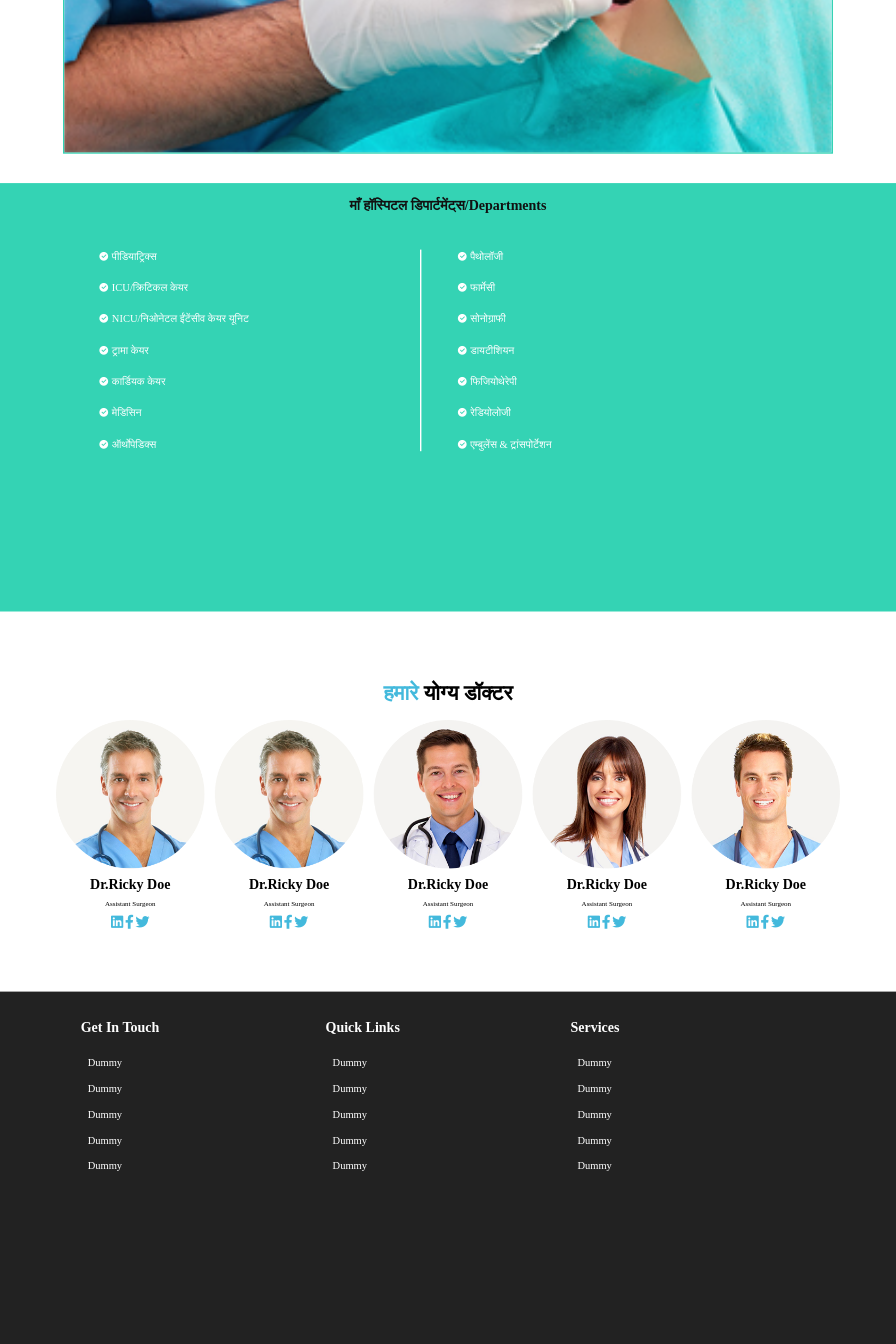
Repository: Aayush919/test
Page: index.html
The author's editor kept a copy of each file at every save. The page is drawn from the files as they stood at one save, then again after the next save.
The browser window is 1280 px wide. The pictures show the part of the page from y = 2122 to 4042 px (the page is 4042 px tall before and 4026 px after), at 70% of full size.

Above is the page before, as saved 2023-10-15 09:06:37.

### index.html
<!DOCTYPE html>
<html lang="en">
<head>
    <meta charset="UTF-8">
    <meta http-equiv="X-UA-Compatible" content="IE=edge">
    <meta name="viewport" content="width=device-width, initial-scale=1.0">
    <link href="https://cdn.jsdelivr.net/npm/remixicon@3.5.0/fonts/remixicon.css" rel="stylesheet">
    <link rel="stylesheet" href="fontawesome-free-5.15.3-web/css/all.min.css">
    <link rel="stylesheet" href="style.css">
</head>
<body>
    <header class="header">
        <a href="#" id="logo"><span>माँ </span> हॉस्पिटल <span id="guna">गुना</span></a>

        <nav class="navbar">
        <a href="#">होम</a>
        <a href="#">अबाउट</a>
        <a href="#">गैलरी</a>
        <a href="#">ब्लॉग</a>
        <a href="#">संपर्क</a>

        </nav>

    <div class="icons">
        <i class="ri-linkedin-fill"></i>
        <i class="ri-whatsapp-fill"> </i>

    </div>

<a href="#" id="menu_bars" class="fas fa-bars"></a>
    </header>

   <div class="container">
       <div class="main-text">
           <h2> हमारे पास आपके लिए सर्वोत्तम चिकित्सा योजना विकल्प हैं !</h2>
           <button>संपर्क</button>
       </div>
   </div>
<!-- services we provide -->
<div class="service-section">
    <h2 id="ourservices">हमारी सर्विसेज</h2>
    <div class="inner-service-section">
        <div class="service-box">
            <img src="./images/opd.png" alt="">
        <h2 >मल्टी-स्पेशिलिटी OPD सर्विसेज</h2>
        <p><span>"माँ हॉस्पिटल गुना</span>, आपके लिए मल्टी-स्पेशियलिस्ट आउटपेशेंट डिपार्टमेंट (OPD) सेवा प्रदान करता है, जहाँ रोगियों को विभिन्न चिकित्सा क्षेत्रों के विशेषज्ञों का साथ एक ही छत के नीचे प्राप्त होता है।"</p>
        </div>
        <div class="service-box">
             <img src="./images/em.png" alt="">
        <h2>24*7 इमरजेंसी सर्विसेज</h2>

        <p>
            <span>"माँ हॉस्पिटल गुना</span>, 24*7 ( इमरजेंसी सर्विसेज ) आपातकालीन सेवाएँ प्रदान करते हैं, यानि हमेशा आपके स्वास्थ्य की देखभाल के लिए तैयार खड़े हैं, चाहे रात या दिन
            के किस भी समय हो।"
     </p>
        </div>
        <div class="service-box">
            <img src="./images/icu.png" alt="">
        <h2>ICU/क्रिटिकल केयर</h2>
        <p><span>"माँ हॉस्पिटल गुना</span>, में ICU और गंभीर देखभाल विभाग उन रोगियों के लिए है जो जीवन संकट की स्थिति में हैं। हम उनके लिए उनकी स्वास्थ्य स्थिति की सख्त निगरानी और उच्च गुणवत्ता वाला उपचार प्रदान करने के लिए समर्पित हैं।"
        </p>
        </div>

        <div class="service-box">
            <img src="./images/nicu.png" alt="">
        <h2>NICU/निओनेटल ईंटेंसीव केयर यूनिट</h2>
        <p><span>"माँ हॉस्पिटल गुना</span>,में NICU एक अलग शिशु चिकित्सा इकाई है, जिसमें अलग से जन्म वाले और बाहर से आए शिशुओं के लिए विशेष सेवाएँ उपलब्ध हैं। हम शिशुओं की स्वास्थ्य स्थिति की देखभाल करने और उनके जीवन को बचाने के लिए सशक्त प्रतिबद्ध हैं।"</p>
        </div>
    </div>


    <div class="inner-service-section">
        <div class="service-box">
            <img src="./images/pharmacy.png" alt="">
        <h2>24*7 फार्मेसी </h2>
        <p>"हम 24*7 फार्मेसी सेवा प्रदान करते हैं, ताकि आपको दवाओं और आवश्यक स्वास्थ्य सामग्री की आवश्यकता होने पर भी दिन रात किसी भी समय मिल सके।"
        </p>
        </div>
        <div class="service-box">
          <img src="./images/pathology.png" alt="">
        <h2>पैथोलॉजी</h2>
        <p>"हमारा पैथोलॉजी लैब उच्च गुणवत्ता वाली पथोलॉजी सेवाएँ प्रदान करता है और रोगीयों के निदान और चिकित्सा की सही दिशा में मदद करता है।"</p>
        </div>
        <div class="service-box">
          <img src="./images/ambulance.png" alt="">
        <h2>24*7 एम्बुलेंस</h2>
        <p>"हम एम्बुलेंस सेवा और यातायात की सुविधा प्रदान करते हैं, ताकि आपके स्वास्थ्य आवश्यकता के समय हमारे द्वारा आपको त्वरित और सुरक्षित रूप से पहुंचाया जा सके।"</p>
        </div>

        <div class="service-box">
       <img src="/images/cardiac.png" alt="">
        <h2>कार्डियक केयर</h2>
        <p>"हमारा कार्डियक केयर विभाग हृदय रोगों के निदान, उपचार, और देखभाल में विशेषज्ञता और उच्च गुणवत्ता की गारंटी है। हम रोगियों के स्वास्थ्य की निगरानी रखते हैं और उन्हें स्वस्थ जीवनशैली के लिए मार्गदर्शन प्रदान करते हैं। हम एक सुरक्षित और आदर्श दौरा प्रदान करके हृदय स्वास्थ्य की देखभाल करते हैं।"</p>
        </div>
    </div>
</div>





<div class="work-section">
    <div class="inner-work-section">
        <h2><span>माँ हॉस्पिटल</span>, द्वारा चलाये जाने वाले केम्प की अपडेटेड जानकारी यहा उपलब्ध है।
        </h2>
        <img src="./images/gallery 1.png" alt="">
        </div>
</div>


<!-- our depart-->
<div class="depart">
    <h1>माँ हॉस्पिटल डिपार्टमेंट्स/Departments</h1>
    <div id="keyservice">
        <div id="bx1">
            <h3><span><i class="ri-checkbox-circle-fill"></i></span><a href="#pg1">पीडियाट्रिक्स</a></h3>
            <h3><span><i class="ri-checkbox-circle-fill"></i></span><a href="#pg2">ICU/क्रिटिकल केयर</a></h3>
            <h3><span><i class="ri-checkbox-circle-fill"></i></span><a href="#pg4">NICU/निओनेटल ईंटेंसीव केयर यूनिट</a></h3>
            <h3><span><i class="ri-checkbox-circle-fill"></i></span><a href="#pg5">ट्रामा केयर </a></h3>
            <h3><span><i class="ri-checkbox-circle-fill"></i></span><a href="#pg6">कार्डियक केयर</a></h3>
            <h3><span><i class="ri-checkbox-circle-fill"></i></span><a href="#pg9">मेडिसिन</a></h3>
            <h3><span><i class="ri-checkbox-circle-fill"></i></span><a href="#pg3">ऑर्थोपेडिक्स</a></h3>

        </div>
        <div id="bx2">
            <h3><span><i class="ri-checkbox-circle-fill"></i></span><a href="#pg8">पैथोलॉजी
            </a></h3>
            <h3><span><i class="ri-checkbox-circle-fill"></i></span><a href="#pg7">फार्मेसी</a></h3>
            <h3><span><i class="ri-checkbox-circle-fill"></i></span><a href="#pg10">सोनोग्राफी</a></h3>
            <h3><span><i class="ri-checkbox-circle-fill"></i></span><a href="#pg11">डायटीशियन</a></h3>
            <h3><span><i class="ri-checkbox-circle-fill"></i></span><a href="#pg12">फिजियोथेरेपी
            </a></h3>
            <h3><span><i class="ri-checkbox-circle-fill"></i></span><a href="#pg13">रेडियोलोजी</a></h3>
            <h3><span><i class="ri-checkbox-circle-fill"></i></span><a href="#pg14">एम्बुलेंस &  ट्रांसपोर्टेशन </a></h3>

        </div>
    </div>
</div>
<!-- our depart ended -->

<!-- our team seaction -->
<div class="ourteam-section">
    <h2><span>हमारे </span>योग्य डॉक्टर</h2>
    <div class="ourteam-inner">
        <div class="section-box">
            <img src="images/ourteam1.png" alt="">
            <h3>Dr.Ricky Doe</h3>
            <p>assistant surgeon</p>
            <div class="team-social-links">
                <i class="fab fa-linkedin"></i>
                <i class="fab fa-facebook-f"></i>
                <i class="fab fa-twitter"></i>
            </div>
        </div>
        <div class="section-box">
            <img src="images/ourteam1.png" alt="">
            <h3>Dr.Ricky Doe</h3>
            <p>assistant surgeon</p>
            <div class="team-social-links">
                <i class="fab fa-linkedin"></i>
                <i class="fab fa-facebook-f"></i>
                <i class="fab fa-twitter"></i>
            </div>
        </div>
        <div class="section-box">
            <img src="images/ourteam2.png" alt="">
            <h3>Dr.Ricky Doe</h3>
            <p>assistant surgeon</p>
            <div class="team-social-links">
                <i class="fab fa-linkedin"></i>
                <i class="fab fa-facebook-f"></i>
                <i class="fab fa-twitter"></i>
            </div>
        </div>
        <div class="section-box">
            <img src="images/ourteam3.png" alt="">
            <h3>Dr.Ricky Doe</h3>
            <p>assistant surgeon</p>
            <div class="team-social-links">
                <i class="fab fa-linkedin"></i>
                <i class="fab fa-facebook-f"></i>
                <i class="fab fa-twitter"></i>
            </div>
        </div>
        <div class="section-box">
            <img src="images/ourteam4.png" alt="">
            <h3>Dr.Ricky Doe</h3>
            <p>assistant surgeon</p>
            <div class="team-social-links">
                <i class="fab fa-linkedin"></i>
                <i class="fab fa-facebook-f"></i>
                <i class="fab fa-twitter"></i>
            </div>
        </div>

    </div>

</div>
<!-- our team seaction -->

<!-- creating footer -->

<div class="main-footer">
    <div class="inner-footer">
        <h2>get in touch</h2>
        <a href="#">dummy</a>
        <a href="#">dummy</a>
        <a href="#">dummy</a>
        <a href="#">dummy</a>
        <a href="#">dummy</a>
    </div>

    <div class="inner-footer">
        <h2>quick links</h2>
        <a href="#">dummy</a>
        <a href="#">dummy</a>
        <a href="#">dummy</a>
        <a href="#">dummy</a>
        <a href="#">dummy</a>
    </div>

    <div class="inner-footer">
        <h2>services</h2>
        <a href="#">dummy</a>
        <a href="#">dummy</a>
        <a href="#">dummy</a>
        <a href="#">dummy</a>
        <a href="#">dummy</a>
    </div>
</div>

<!-- creating footer -->




















    <script src="script.js"></script>
</body>
</html>




<!-- <div class="gel">

    <div class="galleryheading">
        <h2>हमारी <span> गैलरी</span></h2>
    </div>
    <div class="gallery">
        <img src="./images/gallery 1.png" alt="">
        <img src="./images/gallery 1.png"  alt="">
        <img src="./images/gallery3.png" alt="">
        <img src="./images/gallery 4.png" alt="">
        <img src="./images/gallery5.png" alt="">
        <img src="./images/gallery6.png" alt="">
        <img src="/images/gallery6.png" alt="">
        <img src="/images/gallery6.png" alt="">
        <img src="/images/gallery6.png" alt="">
    </div>

</div> -->

### style.css
@import url('https://fonts.googleapis.com/css2?family=Roboto:wght@100;300;400;500;700&display=swap');
:root{
    --fontcolor:#43b9dc;
    --backgroundcolor:#34d3b4;
}
*{
    margin: 0;
    padding: 0;
    font-family:gilroy;
    box-sizing: border-box;
    transition: all .2s linear;
    text-transform: capitalize;
    text-decoration: none;
}
html{
    font-size: 62.5%;
    overflow-x: hidden;
    scroll-behavior: smooth;
}
header{
    position: fixed;
    top: 0;
    left: 0;
    right: 0;
    padding: 2rem 7%;
    display: flex;
    justify-content: space-between;
    align-items: center;
    background:white;
    box-shadow: 0 1rem 1rem rgb(0, 0, 0, .1);
    z-index: 10000000;
}
#guna{
    font-size: 15px;

}
header #logo{
    font-size: 3rem;
    color: black;
}
header #logo span{
    color: var(--fontcolor);
}
header .navbar a{
    font-weight: 600;

    font-size: 1.8rem;
    color: var(--fontcolor);
    margin-left: 1.5rem;
}
.icons i{
font-size: 2rem;
color: var(--fontcolor);
margin-left: 1rem;
}
header #menu_bars{
    font-size: 2rem;
    color: var(--fontcolor);
    display: none;
}
header .navbar.active{
    left: 0;
    transition: .5s;
}
.main-image{

    background-repeat: no-repeat;
    background-size: cover;
    background-position: center;
    width: 100%;
    margin-top: 75px;
    height: 100vh;
}
.container{
    background: url("./images/headerimage.jpg");
    width: 100%;
    padding-top: 8.5rem;
    background-position: center;
    background-size: cover;
    background-repeat: no-repeat;
    height: 100vh;
}
.container .main-text{
    width: 50%;
    position: absolute;
    top: 200px;
    padding: 0 2rem;
    text-align: center;
}
.container .main-text h2{
    font-size: 40px;
    color: #fff;
    padding-bottom: 1.5rem;
}
.container .main-text button{
    padding: 1.5rem 3.5rem;
    background: #3FC1D1;
    color: white;
    border: none;
    border-radius:1px;

    font-weight: 700;
}
.service-section{
    padding: 2rem 7%;
    background: linear-gradient(#43b9dc, #34d3b4);
    min-height: 50vh;
}
#ourservices{
    color: white;
    font-size: 30px;
    padding: 2rem 0;
    text-align: center;
}
.inner-service-section{
    display: flex;
    flex-wrap: wrap;
    gap: 15px;
    justify-content: center;
    text-align: center;
}
.service-box{
    flex: 1 1 200px;
    padding: 5rem 0;
    box-shadow: 0 1rem 1rem rgba(0, 0, 0, .1);
}
.service-box img{
    color: white;
     height: 10rem;
    padding: .5rem 0;
}

.service-box h2{
    color: white;
    font-size: 1.8rem;
    padding: 1rem 0;
}
.service-box p{
    color: white;
    font-size: 1.5rem;
    padding: 0 1rem;
}
.work-section{
    padding: 4rem 7%;
    display: grid;
    grid-template-columns: 2fr 1fr;
    justify-content: center;

}
.inner-work-section img{
    width:  110rem;
    border: 2px solid #34d3b4;
    margin-top: 10px;
}
.inner-work-section h2{
    font-size: 2rem;
    padding: .5rem 0;

}
.inner-work-section h2 span{
    color:#34d3b4;

}
.scnclass{
    padding: 0 1rem;
}
.myimages{
    display: grid;
    grid-template-columns: 1fr 1fr;
    padding-top: 1rem;
}
.btn{
    padding: 1rem 3rem;
    background: var(--backgroundcolor);
    border-radius: 15px;
   display: inline-block;
   color: white;
   font-size: 18px;
   margin-top: 5px;
}
.creative-text{
    padding: 2rem 0;
}
.depart{
    background: var(--backgroundcolor);
    min-height: 85vh;
    padding: 2rem 9%;
}
.depart h1{
    color:#111;
    display: flex;
    align-self: center;
    justify-content: center;
    font-size: 2rem;
}

/* .galleryheading{ */
    /* color: #111;
    padding: 2rem 0;
    text-align: center;
    font-size: 20px;
}
.galleryheading span{
    color: var(--fontcolor);
}
.main-gallery .gallery-box{
    flex: 1 1 300px;
}
.main-gallery{
    display: flex;
    flex-wrap: wrap;
    gap: 15px;
}
.gallery-box img{
    width: 100%;
} */
.ourteam-section{
    padding: 8rem;
}
.ourteam-section h2{
    padding: 2rem;
    font-size: 3rem;
    text-align: center;
}
.ourteam-section h2 span{
    color: var(--fontcolor);
}
.ourteam-inner{
    display: flex;
    /* flex-wrap: wrap; */
    text-align: center;
    gap: 15px;
}
.ourteam-inner .section-box{
    flex: 1 1 250px;
}
.ourteam-inner .section-box img{
    width: 100%;
}
.section-box h3{
    padding: 1rem 0;
    font-size: 2rem;
}
.team-social-links i{
    color: var(--fontcolor);
    font-size: 2rem;
    padding:1rem 0;
}
.main-footer{
    display: flex;
    flex-wrap: wrap;
    justify-content: space-between;
    background: #222;
    padding: 2rem 9%;
    height: 70vh;
}
.inner-footer{
    flex: 1 1 200px;
}
.inner-footer h2{
    color: white;
    font-size: 2rem;
    padding: 2rem 0;
}
.inner-footer a{
    display: block;

    color: white;
    font-size: 1.5rem;
    padding: 1rem;
}












@media (max-width:768px) {
    html{
        font-size: 50%;
    }
    header #menu_bars{
        display: initial;
    }

    header .navbar{
        position: absolute;
        top: 100%;
        left: 100%;
        right: 0;
        background: var(--backgroundcolor);
        height: 100vh;
        text-align: center;

    }
    header .navbar a{
        display: block;

        background: white;
        margin-top: 1rem;
        padding: 2rem;
        width: 90%;
        border-radius: 10px;
    }
    .container .main-text{
        width: 70%;
        padding: 0 ;
    }
   .work-section{
       display: grid;
       grid-template-columns: 1fr;

   }
   .myimages img{
       width: 100%;
   }
   .btn{
       display: block;
   }
   .inner-work-section h2{
    font-size:1.2rem;
   display: flex;
   flex-wrap: wrap;
   align-self:center;
   justify-content: center;
}

.depart{
    background: var(--backgroundcolor);
    min-height:65vh;
    padding: 2rem 9%;
}

.depart h1{
    color:#111;
    display: flex;
    align-self: center;
    justify-content: center;
    font-size: 1.9rem;
}
.ourteam-inner{
    display: flex;
    flex-wrap: wrap;
    text-align: center;
    gap: 15px;
}

}

/*
.gallery{
    display: grid;
    grid-template-columns: repeat(3, 1fr);
    gap: 1vh;
    margin-inline: auto;
    max-width: 70rem;

    background: #141414;
    background: var(--backgroundcolor);
    padding: 1vh;
}

 .gallery > img{
    width: 100%;
    aspect-ratio: 1 / 1;
    object-fit: cover;
    transition: all 0.3s ease;
    border-radius:2px;

}

.gallery:has(img:hover) img:not(:hover) {
    scale: 0.8;
    opacity: 0.5;
    filter: grayscale(70%);
}
 */


#keyservice {
    padding-top: 4vw;
    padding-left: 2vw;
    font-family: g-r;
    /* background-color: crimson; */
    height: 55vh;
    display: flex;
    justify-content: space-between;
}

#keyservice h3 {
    color: #ffffff;
    display: flex;
    cursor: pointer;
    font-family: g-r;
    font-weight: 300;
    font-size: 1.5rem;

     line-height: 2rem;

}

#keyservice h3:hover {
    color: yellow;
    font-weight: 500;
}

#keyservice h3 span {
    color: #ffffff;
    margin-right: 4px;
}

#keyservice h3 a {
    text-decoration: none;
    color: #fff;
}

#keyservice h3 a:hover {
    color: yellow;
}

#bx1 {
    /* background-color: #77b9d7; */
    height: 40vh;
    display: flex;
    flex-direction: column;
    justify-content: space-between;
    width: 45%;
    border-right: 2px solid white;
}

#bx2 {
    height: 40vh;
    display: flex;
    flex-direction: column;
    justify-content: space-between;
    /* height: 25.5vh; */
    width: 50%;
    /* background-color: #9477d7; */
}

### script.js
let menubtn =document.querySelector('#menu_bars');
let mynav =document.querySelector('.navbar');

menubtn.onclick = () =>{
    menubtn.classList.toggle('fa-times');
    mynav.classList.toggle('active');
}

Loaded but not shown: fontawesome-free-5.15.3-web/css/all.min.css (library)

After the next save:
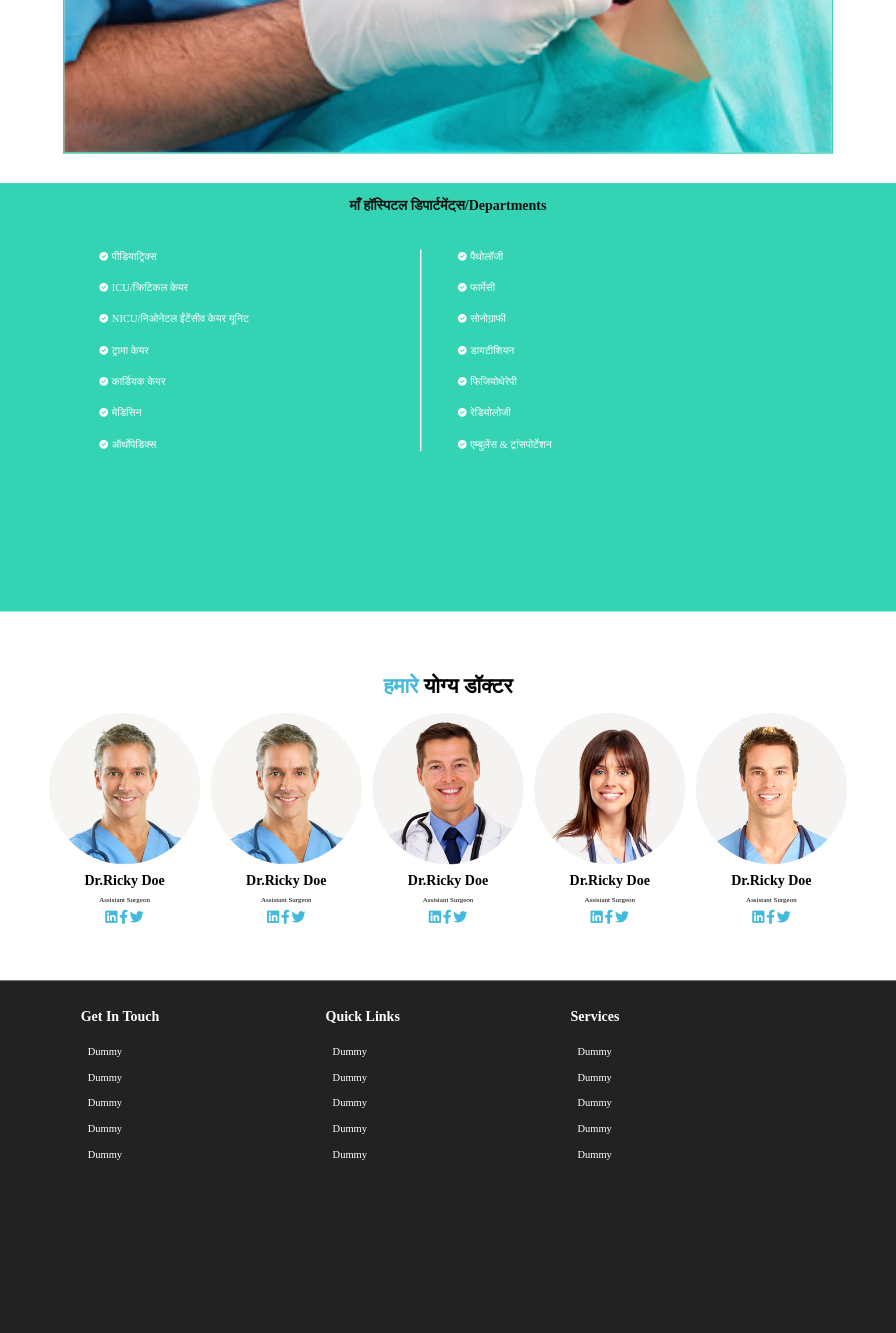
Saved 4 s later.
--- a/style.css
+++ b/style.css
@@ -215,7 +215,7 @@ header .navbar.active{
     width: 100%;
 } */
 .ourteam-section{
-    padding: 8rem;
+    padding: 7rem;
 }
 .ourteam-section h2{
     padding: 2rem;
